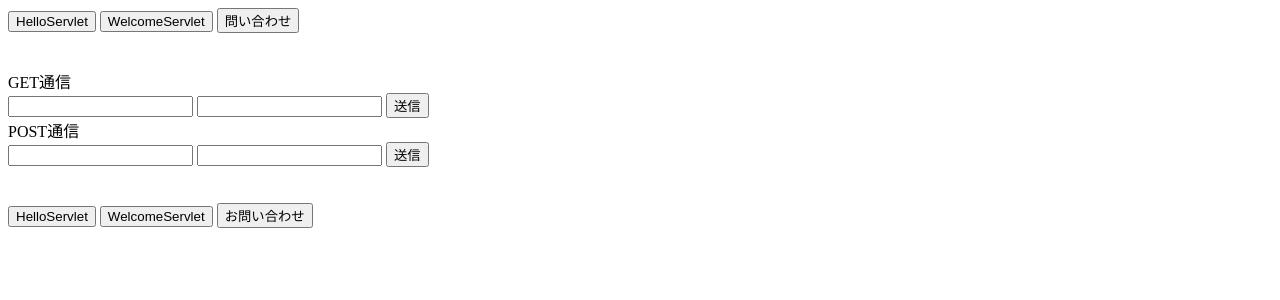
Repository: otake-natsumi/re_test
Page: http://localhost/HelloServlet/
An editor plug-in stored every save of this project. The page is shown before and after the next save, followed by the edit.
The browser window is 1280 px wide. The pictures show the whole page.
The page is served by Tomcat 9. Other server files are loaded and not shown.

Above is the page before, as saved 2019-03-10 06:46:49.

### HelloServlet/WebContent/index.jsp
<%@ page language="java" contentType="text/html; charset=UTF-8" pageEncoding="UTF-8"%>
<!DOCTYPE html>
<html>
<head>
	<meta http-equiv="Content-Type" content="text/html; charset=UTF-8">
	<title>HelloServlet</title>
</head>
<body>

	<input type="button" value="HelloServlet" onClick="location.href='HelloServlet'">
	<input type="button" value="WelcomeServlet" onClick="location.href='welcome.jsp'">
	<input type="button" value="問い合わせ" onClick="location.href='inquiry.jsp'">
<br>
<br>
<br>
	GET通信
	<form method="get" action="TestServlet">
		<input type="text" name="username">
		<input type="password" name="password">
		<input type="submit" value="送信">
	</form>
	POST通信
	<form method="post" action="TestServlet">
		<input type="text" name="username">
		<input type="password" name="password">
		<input type="submit" value="送信">
	</form>
<br>
<br>
	<input type="button" value="HelloServlet" onClick="location.href='HelloServlet'">
	<input type="button" value="WelcomeServlet" onClick="location.href='welcome.jsp'">
	<input type="button" value="お問い合わせ" onClick="location.href='inquiry.jsp'">

</body>
</html>

After the next save:
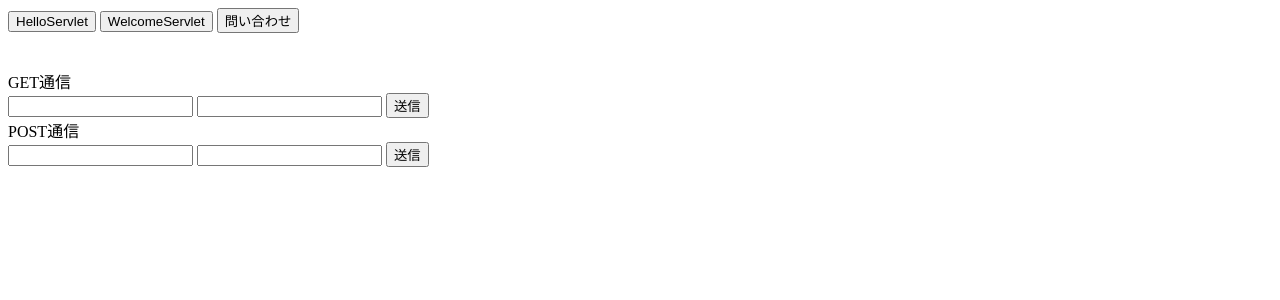
Saved 44 s later.
--- a/HelloServlet/WebContent/index.jsp
+++ b/HelloServlet/WebContent/index.jsp
@@ -25,11 +25,6 @@
 		<input type="password" name="password">
 		<input type="submit" value="送信">
 	</form>
-<br>
-<br>
-	<input type="button" value="HelloServlet" onClick="location.href='HelloServlet'">
-	<input type="button" value="WelcomeServlet" onClick="location.href='welcome.jsp'">
-	<input type="button" value="お問い合わせ" onClick="location.href='inquiry.jsp'">
 
 </body>
 </html>
